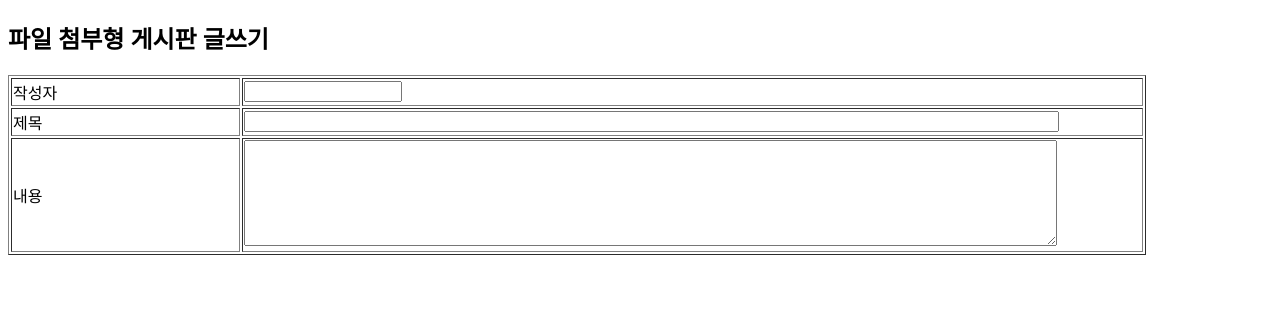
Repository: parkho96/testnum2
Page: http://localhost/jspstudy/m2board/write.do
An editor plug-in stored every save of this project. The page is shown before and after the next save, followed by the edit.
The browser window is 1280 px wide. The pictures show the whole page.
The page is served by Tomcat 9.

Above is the page before, as saved 2023-04-12 05:47:42.

After the next save:
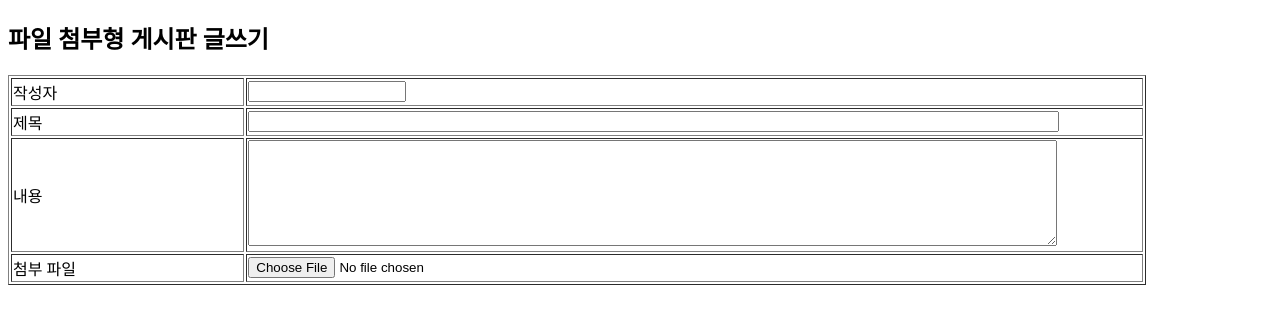
Saved 49 s later.
--- a/workjsp/jspstudy/src/main/webapp/14M2Board/Write.jsp
+++ b/workjsp/jspstudy/src/main/webapp/14M2Board/Write.jsp
@@ -29,6 +29,12 @@
 					<textarea name="content" style="width:90%;height:100px;"></textarea>
 				</td>
 			</tr>
+			<tr>
+				<td>첨부 파일</td>
+				<td>
+					<input type="file" name="ofile"/>
+				</td>
+			</tr>
 
 
 		</table>
